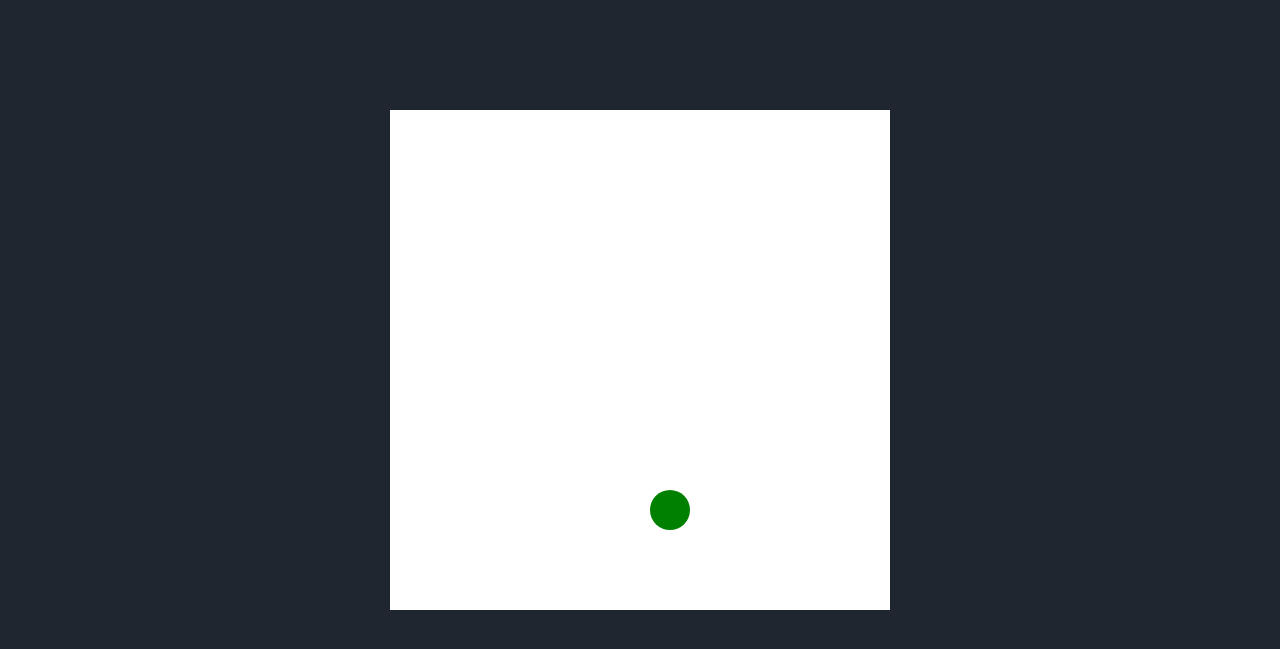
Repository: thecodeholic/cst-javascript-course
Page: /
These files come from the project's save history. The page is drawn as it stood at one moment and after the next save; the edit follows.
The browser window is 1280 px wide. The pictures show the whole page.
The project was rebuilt for these pictures with package versions that can differ from the ones it lists, and the page was loaded fresh each time.

Above is the page before, as saved 2020-11-25 10:23:00.

After the next save:
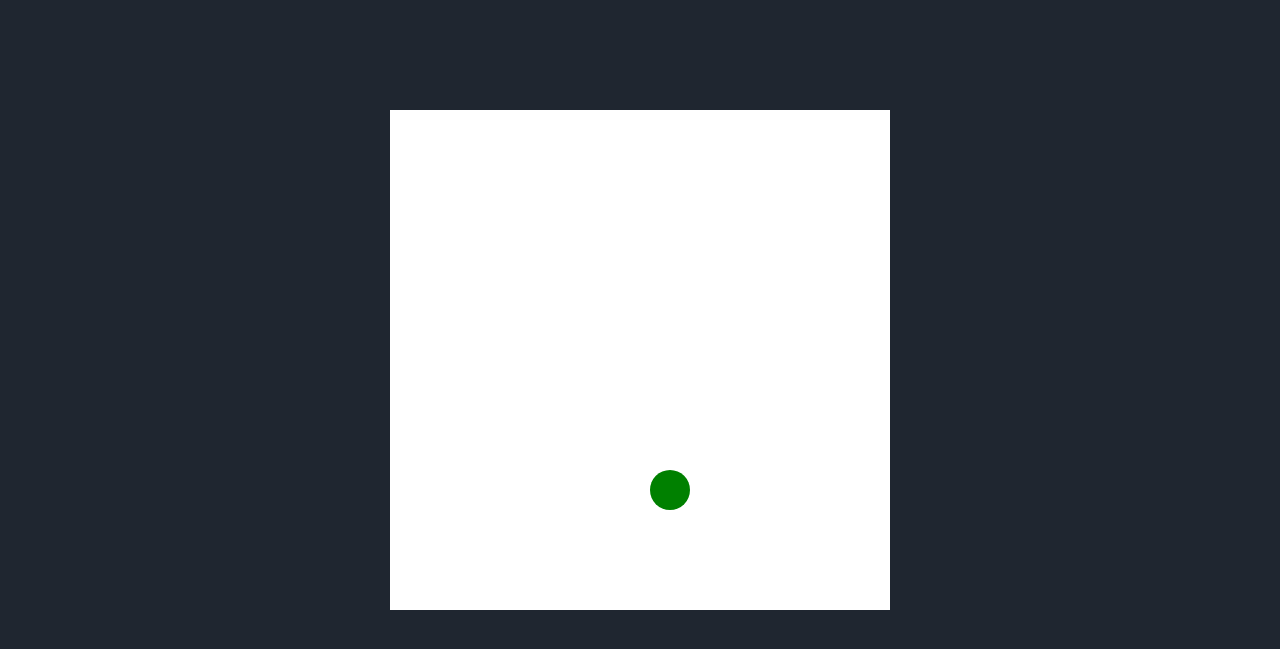
Saved 12 s later.
--- a/app.js
+++ b/app.js
@@ -82,7 +82,7 @@ const ball = {
     y: 100,
     r: 20,
     dx: 5,
-    dy: 1
+    dy: 4
 };
 
 
